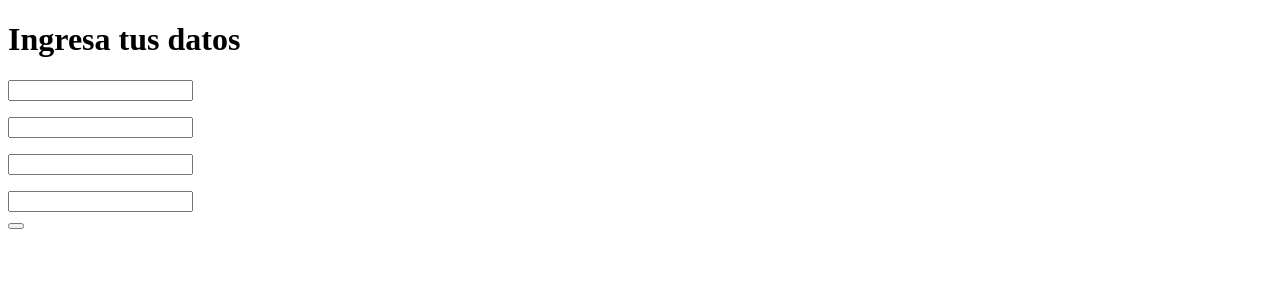
Repository: NighelG/Proyecto-de-verificacion-de-asistencia
Page: ProyectoAsistencia/public/pages/registro.html
These files come from the project's save history. The page is drawn as it stood at one moment and after a run of saves; the edit follows.
The browser window is 1280 px wide. The pictures show the whole page.

Above is the page before, as saved 2025-08-26 15:39:20.

After the next 3 saves:
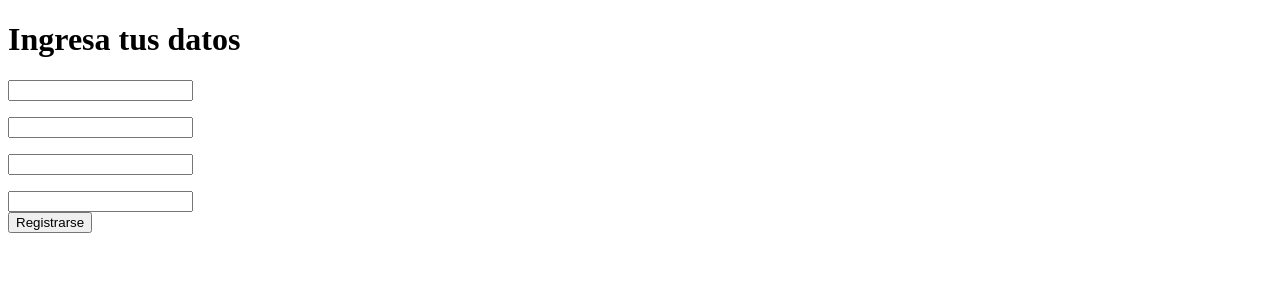
The 3 saves are shown as one change because they came seconds apart.
The last was saved 9 s later.
--- a/ProyectoAsistencia/public/pages/registro.html
+++ b/ProyectoAsistencia/public/pages/registro.html
@@ -24,7 +24,7 @@
             <label for=""></label>
             <input type="text">
             <br>
-            <button></button>
+            <button>Registrarse</button>
         </div>
 </body>
 </html>
